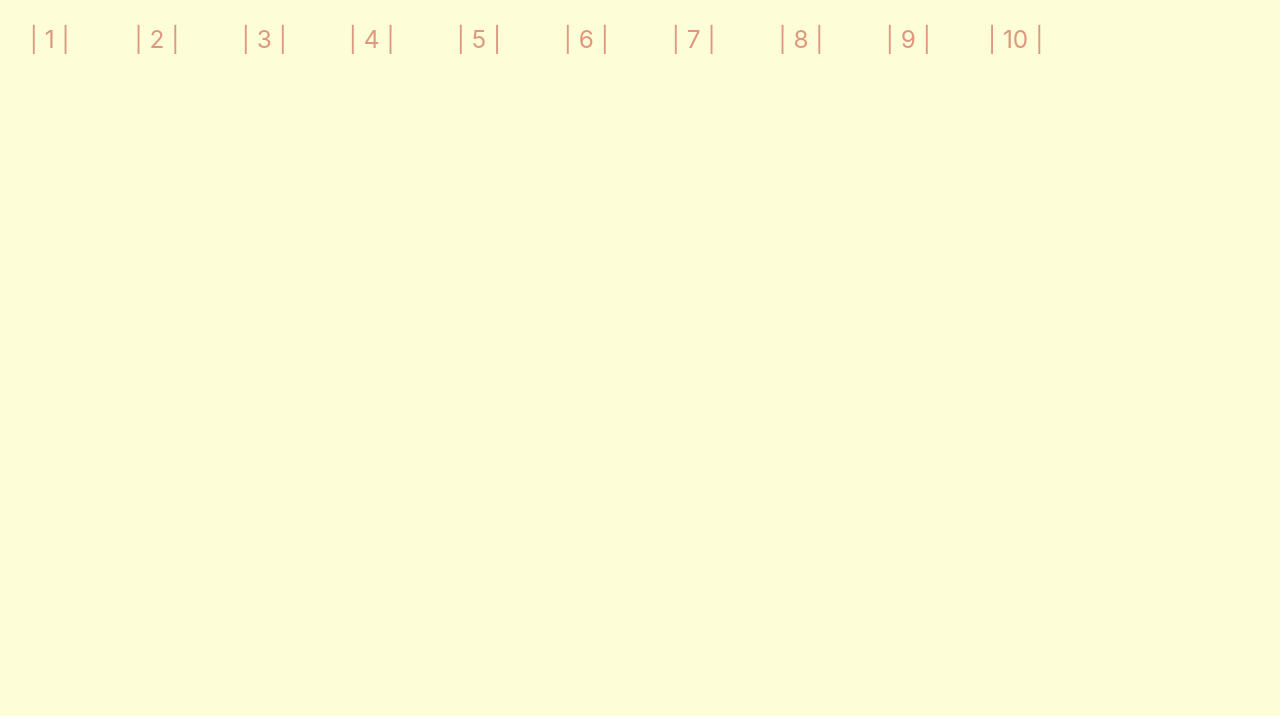
Repository: ghbamorim/megasenaapi
Page: / (app in mega-sena-client/)
These files come from the project's save history. The page is drawn as it stood at one moment and after the next save; the edit follows.
The browser window is 1280 px wide. The page is 1284 px wide, so the pictures cover 1284 px, including what lies to the right of the window. The pictures show the whole page.
The project was rebuilt for these pictures with package versions that can differ from the ones it lists, and the page was loaded fresh each time. Also part of the build but not shown: mega-sena-client/src/App.css.

Above is the page before, as saved 2021-09-12 09:41:00.

After the next save:
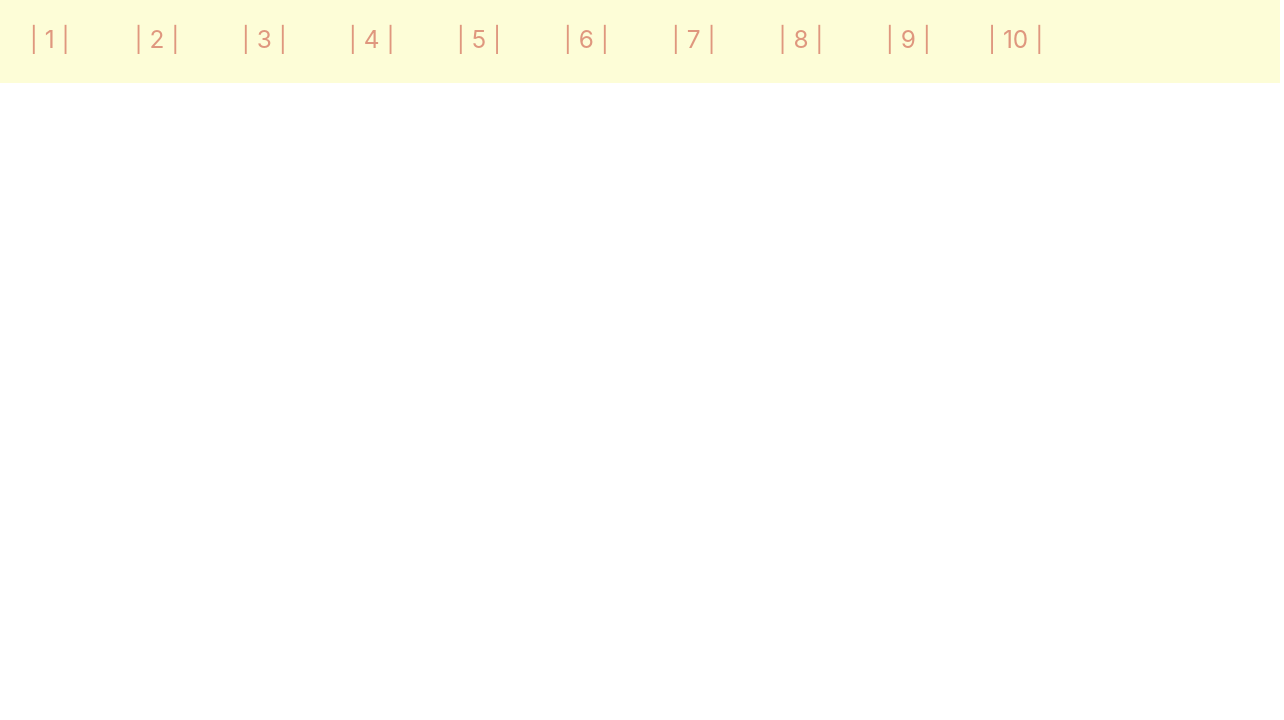
Saved 31 s later.
--- a/mega-sena-client/src/App.tsx
+++ b/mega-sena-client/src/App.tsx
@@ -11,7 +11,7 @@
 
   AppHeader: {
     backgroundColor: "#FDFDD7",
-    minHeight: "100vh",
+    //minHeight: "100vh",
     alignItems: "center",
     justifyContent: "center",
     fontSize: "calc(10px + 2vmin)",

After the save that followed:
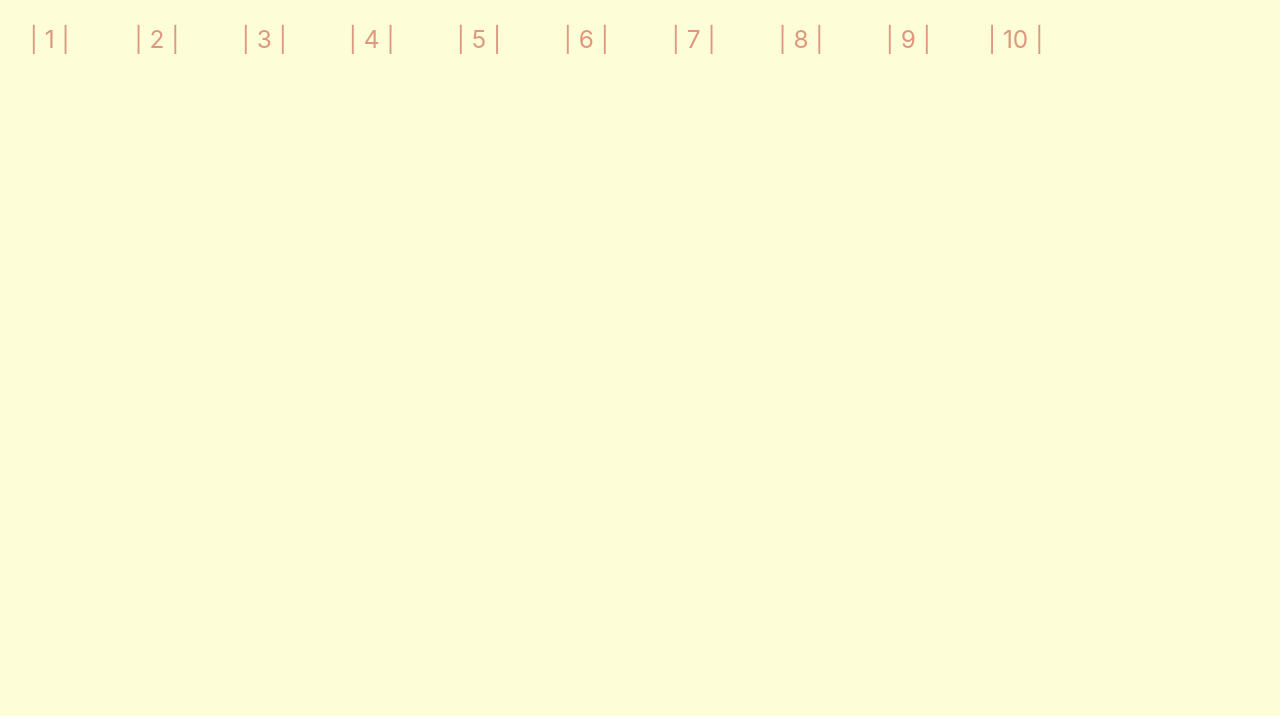
Saved 6 s later.
--- a/mega-sena-client/src/App.tsx
+++ b/mega-sena-client/src/App.tsx
@@ -11,7 +11,7 @@
 
   AppHeader: {
     backgroundColor: "#FDFDD7",
-    //minHeight: "100vh",
+    minHeight: "100vh",
     alignItems: "center",
     justifyContent: "center",
     fontSize: "calc(10px + 2vmin)",
